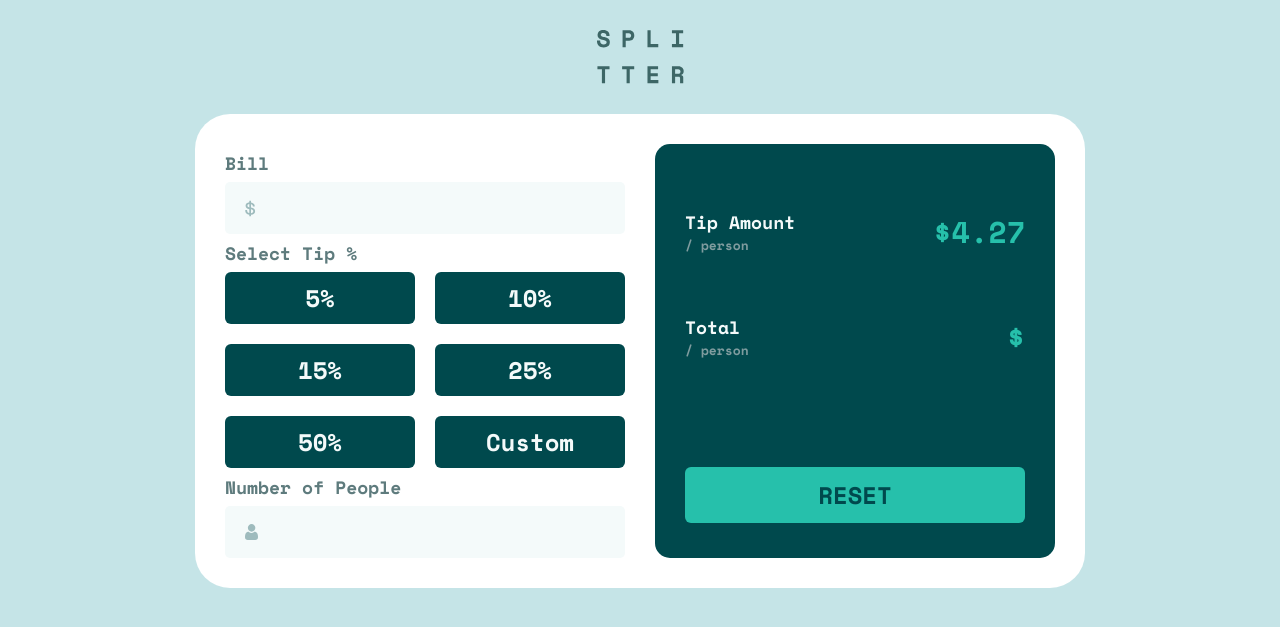
Repository: tomas938/tipcalculator
Page: /
These files come from the project's save history. The page is drawn as it stood at one moment and after the next save; the edit follows.
The browser window is 1280 px wide. The pictures show the whole page.
The project was rebuilt for these pictures with package versions that can differ from the ones it lists, and the page was loaded fresh each time.

Above is the page before, as saved 2021-08-04 13:12:43.

### public/index.html
<!DOCTYPE html>
<html lang="">
	<head>
		<meta charset="utf-8" />
		<meta http-equiv="X-UA-Compatible" content="IE=edge" />
		<meta name="viewport" content="width=device-width,initial-scale=1.0" />
		<link rel="icon" href="<%= BASE_URL %>favicon.ico" />
		<link
			href="https://fonts.googleapis.com/icon?family=Material+Icons"
			rel="stylesheet"
		/>
		<title><%= htmlWebpackPlugin.options.title %></title>
	</head>
	<body>
		<noscript>
			<strong
				>We're sorry but <%= htmlWebpackPlugin.options.title %> doesn't work
				properly without JavaScript enabled. Please enable it to
				continue.</strong
			>
		</noscript>
		<div id="app"></div>
		<!-- built files will be auto injected -->
	</body>
</html>

### src/App.vue
<template>
	<router-view />
</template>

<style lang="scss">
@import url("https://fonts.googleapis.com/css2?family=Space+Mono:wght@400;700&display=swap");
$strong-cyan: hsl(172, 67%, 45%);
$dark-cyan: hsl(186, 14%, 43%);
$grayish-cyan: hsl(184, 14%, 43%);
$lower-grayish-cyan: hsl(184, 14%, 56%);
$light-grayish-cyan: hsl(185, 41%, 84%);
$lighter-grayish-cyan: hsl(189, 41%, 97%);
$white: hsl(0, 0%, 100%);
* {
	margin: 0;
	padding: 0;
	box-sizing: border-box;
	font-family: "Space Mono", monospace;
	font-size: 2.4rem;
}
body {
	background-color: hsl(185, 41%, 84%);
}
html {
	font-size: 62.5%;
	@media only screen and (min-width: 1800px) {
		font-size: 82.5%;
	}
	@media only screen and (max-width: 1000px) {
		font-size: 52.5%;
	}
	@media only screen and (max-width: 350px) {
		font-size: 32.5%;
	}
}
</style>

### src/views/Home.vue
<template>
	<div class="logo">
		<splitter></splitter>
	</div>
</template>

<script>
import Splitter from "../components/Splitter.vue";
export default {
	name: "Home",
	components: {
		Splitter,
	},
};
</script>
<style lang="scss" scoped></style>

### src/components/Splitter.vue
<template>
	<div class="splitter">
		<svg xmlns="http://www.w3.org/2000/svg" width="87" height="54">
			<path
				fill="#3D6666"
				d="M6.72 17.472c.944 0 1.792-.12 2.544-.36s1.392-.584 1.92-1.032a4.476 4.476 0 001.212-1.62c.28-.632.42-1.34.42-2.124v-.288c0-1.472-.464-2.584-1.392-3.336-.928-.752-2.272-1.288-4.032-1.608a14.615 14.615 0 01-1.74-.408c-.456-.144-.824-.308-1.104-.492-.28-.184-.476-.392-.588-.624a1.771 1.771 0 01-.168-.78c0-.56.232-1.004.696-1.332.464-.328 1.096-.492 1.896-.492.944 0 1.676.248 2.196.744.52.496.78 1.08.78 1.752v.576h3.168v-.864a5 5 0 00-.396-1.968 4.762 4.762 0 00-1.176-1.656C10.436 1.08 9.792.7 9.024.42 8.256.14 7.376 0 6.384 0c-.88 0-1.676.12-2.388.36s-1.32.576-1.824 1.008c-.504.432-.896.94-1.176 1.524-.28.584-.42 1.22-.42 1.908v.144c0 .832.144 1.536.432 2.112a3.978 3.978 0 001.212 1.44c.52.384 1.132.692 1.836.924.704.232 1.48.42 2.328.564.64.112 1.168.248 1.584.408.416.16.744.34.984.54s.408.424.504.672c.096.248.144.508.144.78 0 .576-.232 1.072-.696 1.488-.464.416-1.176.624-2.136.624-1.232 0-2.14-.3-2.724-.9-.584-.6-.876-1.404-.876-2.412v-.576H0v.72c0 .88.144 1.692.432 2.436a5.47 5.47 0 001.272 1.944c.56.552 1.26.984 2.1 1.296.84.312 1.812.468 2.916.468zm22-.336V10.8h3.408c.864 0 1.616-.144 2.256-.432a4.707 4.707 0 001.596-1.14 4.833 4.833 0 00.96-1.608c.216-.6.324-1.212.324-1.836v-.576c0-.608-.108-1.204-.324-1.788a4.625 4.625 0 00-.96-1.56A4.737 4.737 0 0034.384.756c-.64-.28-1.392-.42-2.256-.42h-6.576v16.8h3.168zm3.096-9.36H28.72V3.36h3.096c.704 0 1.26.192 1.668.576.408.384.612.88.612 1.488v.288c0 .608-.204 1.104-.612 1.488-.408.384-.964.576-1.668.576zm29.464 9.36v-3.024h-7.632V.336H50.48v16.8h10.8zm24.88 0v-3.024h-4.032V3.36h4.032V.336H74.928V3.36h4.032v10.752h-4.032v3.024H86.16zm-78.096 36V39.36h4.464v-3.024H.432v3.024h4.464v13.776h3.168zm24.688 0V39.36h4.464v-3.024H25.12v3.024h4.464v13.776h3.168zm28.624 0v-3.024h-7.728v-3.888H60.8V43.2h-7.152v-3.84h7.44v-3.024H50.48v16.8h10.896zm16.744 0V46.8h3.648c.464 0 .796.12.996.36.2.24.3.552.3.936v5.04h3.168v-5.808c0-.56-.164-1.024-.492-1.392-.328-.368-.772-.584-1.332-.648v-.432c.768-.32 1.336-.78 1.704-1.38a3.63 3.63 0 00.552-1.932v-.576c0-.64-.116-1.24-.348-1.8a4.332 4.332 0 00-1.008-1.476c-.44-.424-.988-.756-1.644-.996-.656-.24-1.416-.36-2.28-.36h-6.432v16.8h3.168zm3.024-9.36H78.12V39.36h3.024c.768 0 1.352.204 1.752.612.4.408.6.892.6 1.452v.288c0 .656-.2 1.164-.6 1.524-.4.36-.984.54-1.752.54z"
			/>
		</svg>
		<div class="calculator">
			<div class="up">
				<h3>Bill</h3>
				<div class="input-wrapper">
					<input type="text" v-model="bill" />
					<svg xmlns="http://www.w3.org/2000/svg" width="11" height="17">
						<path
							fill="#9EBBBD"
							d="M6.016 16.328v-1.464c1.232-.08 2.22-.444 2.964-1.092.744-.648 1.116-1.508 1.116-2.58v-.144c0-.992-.348-1.772-1.044-2.34-.696-.568-1.708-.932-3.036-1.092V4.184c.56.144 1.012.4 1.356.768.344.368.516.816.516 1.344v.288h1.824v-.432c0-.448-.088-.876-.264-1.284a3.783 3.783 0 00-.744-1.116A4.251 4.251 0 007.54 2.9a5.324 5.324 0 00-1.524-.492V.872H4.288V2.36a5.532 5.532 0 00-1.416.324c-.448.168-.84.392-1.176.672-.336.28-.604.616-.804 1.008-.2.392-.3.844-.3 1.356v.144c0 .96.316 1.708.948 2.244.632.536 1.548.884 2.748 1.044v3.912c-.704-.16-1.248-.472-1.632-.936-.384-.464-.576-1.08-.576-1.848v-.288H.256v.576c0 .464.08.924.24 1.38.16.456.404.88.732 1.272.328.392.744.728 1.248 1.008s1.108.476 1.812.588v1.512h1.728zM4.288 7.424c-.688-.128-1.164-.332-1.428-.612-.264-.28-.396-.644-.396-1.092 0-.464.176-.832.528-1.104.352-.272.784-.448 1.296-.528v3.336zm1.728 5.712V9.344c.768.128 1.328.328 1.68.6.352.272.528.688.528 1.248 0 .544-.196.984-.588 1.32-.392.336-.932.544-1.62.624z"
						/>
					</svg>
				</div>
				<h3>Select Tip %</h3>
				<div class="calculator__grid">
					<div class="calculator__grid__item item-1"><p>5%</p></div>
					<div class="calculator__grid__item item-2"><p>10%</p></div>
					<div class="calculator__grid__item item-3"><p>15%</p></div>
					<div class="calculator__grid__item item-4"><p>25%</p></div>
					<div class="calculator__grid__item item-5"><p>50%</p></div>
					<div class="calculator__grid__item item-6"><p>Custom</p></div>
				</div>
				<h3>Number of People</h3>
				<div class="input-wrapper">
					<input type="text" v-model="numberOfPeople" />
					<svg xmlns="http://www.w3.org/2000/svg" width="13" height="16">
						<path
							fill="#9EBBBD"
							d="M9.573 7.729c.406 0 .784.07 1.126.209.342.14.639.33.881.569.232.227.438.503.614.82a5.1 5.1 0 01.407.949c.097.312.178.654.242 1.016.062.359.105.699.126 1.011.02.307.031.624.031.945 0 .836-.259 1.512-.768 2.01-.504.492-1.17.742-1.98.742H2.748c-.81 0-1.477-.25-1.98-.742C.259 14.76 0 14.084 0 13.248c0-.322.01-.64.032-.945.02-.312.063-.652.126-1.01.063-.363.144-.705.242-1.017.1-.323.238-.643.407-.948.176-.318.382-.594.613-.821.243-.238.54-.43.882-.57.342-.138.72-.208 1.125-.208.16 0 .313.067.61.265.183.123.397.264.636.421.204.134.48.259.822.372.333.11.671.167 1.005.167a3.19 3.19 0 001.006-.167c.341-.113.618-.238.822-.372l.636-.42c.296-.2.45-.266.61-.266zM6.598 0C7.63 0 8.522.38 9.252 1.129s1.1 1.666 1.1 2.724c0 1.06-.37 1.976-1.1 2.725-.73.75-1.623 1.13-2.654 1.13-1.03 0-1.924-.38-2.653-1.13-.73-.749-1.1-1.666-1.1-2.725 0-1.058.37-1.975 1.1-2.724C4.675.379 5.567 0 6.598 0z"
						/>
					</svg>
				</div>
			</div>
			<div class="down">
				<div class="calculator__result">
					<div class="result">
						<div class="information">
							<p>Tip Amount</p>
							<span>/ person</span>
						</div>
						<div class="price">
							<p>$4.27</p>
						</div>
					</div>
					<div class="result">
						<div class="information">
							<p>Total</p>
							<span>/ person</span>
						</div>
						<div class="price">
							<p>${{ bill }}</p>
						</div>
					</div>
					<div class="result"></div>
					<button>Reset</button>
				</div>
			</div>
		</div>
	</div>
</template>

<script>
export default {
	data() {
		return {
			numberOfPeople: null,
			bill: null,
			tip: null,
		};
	},
	methods: {
		// totalValue() {},
	},
};
</script>

<style lang="scss" scoped>
.splitter {
	display: flex;
	flex-direction: column;
	align-items: center;
}
.calculator {
	background-color: hsl(0, 0%, 100%);
	padding: 3rem;
	border-radius: 3.5rem;
	@media only screen and (min-width: 760px) {
		display: flex;
		grid-gap: 3rem;
	}
	&__grid {
		display: grid;
		grid-gap: 2rem;
		grid-template-columns: repeat(2, 1fr);
		grid-template-rows: repeat(3, 1fr);
		color: hsl(189, 41%, 97%);
		font-weight: 700;
		text-align: center;
		cursor: pointer;
	}
	&__grid__item {
		width: 100%;
		margin: auto;
		padding: 8px 0;
		border-radius: 6px;
		background-color: hsl(183, 100%, 15%);
		&:hover {
			transition: all 0.3s ease-in-out;
			background-color: hsl(172, 67%, 45%);
			color: hsl(183, 100%, 15%);
		}
	}
	.down {
		background-color: hsl(183, 100%, 15%);
		border-radius: 1.5rem;
	}
	&__result {
		display: flex;
		flex-direction: column;
		justify-content: space-between;
		height: 100%;
		margin-top: 2.5rem;
		padding: 3rem;
		font-weight: 700;
		.result {
			display: flex;
			justify-content: space-between;
			padding: 10px 0;
			p {
				font-size: 1.8rem;
				color: hsl(189, 41%, 97%);
			}
			span {
				font-size: 1.3rem;
				color: hsl(184, 14%, 56%);
			}
		}
		.information {
			display: flex;
			flex-direction: column;
		}
		.price {
			p {
				color: hsl(172, 67%, 45%);
				font-size: 3rem;
			}
		}
		button {
			border-radius: 6px;
			padding: 1rem 0;
			font-weight: 700;
			color: hsl(183, 100%, 15%);
			text-transform: uppercase;
			background-color: hsl(172, 67%, 45%);
			cursor: pointer;
			outline: none;
			border: none;
			@media only screen and (min-width: 760px) {
				margin-bottom: 3rem;
			}
		}
		button:hover,
		button:active {
			transition: 0.3s ease-in-out;
			background-color: hsl(185, 41%, 84%);
		}
	}
}
svg {
	margin: 3rem 0;
}
input {
	border-radius: 5px;
	border: 2px solid transparent;
	outline: none;
	background-color: hsl(189, 41%, 97%);
	color: hsl(183, 100%, 15%);
	font-weight: 700;
	text-align: right;
	padding: 0.6rem 0;
	padding-right: 1.5rem;
	width: 100%;
	&:focus,
	&:active {
		border: 2px solid hsl(172, 67%, 45%);
	}
	&::placeholder {
		color: hsl(184, 14%, 56%);
	}
}
h3 {
	margin: 6px 0;
	font-size: 1.8rem;
	color: hsl(184, 14%, 43%);
	font-weight: 700;
}
.input-wrapper {
	position: relative;
	display: flex;
	align-items: center;

	svg {
		width: 2rem;
		@media only screen and (max-width: 350px) {
			width: 3rem;
		}
		margin: 0;
		position: absolute;
		left: 5%;
	}
}
.down {
	@media only screen and (min-width: 760px) {
		width: 40rem;
	}
}
.up {
	@media only screen and (min-width: 760px) {
		width: 40rem;
	}
}
</style>

Loaded but not shown: src/main.js (common file); src/router/index.js (common file)

After the next save:
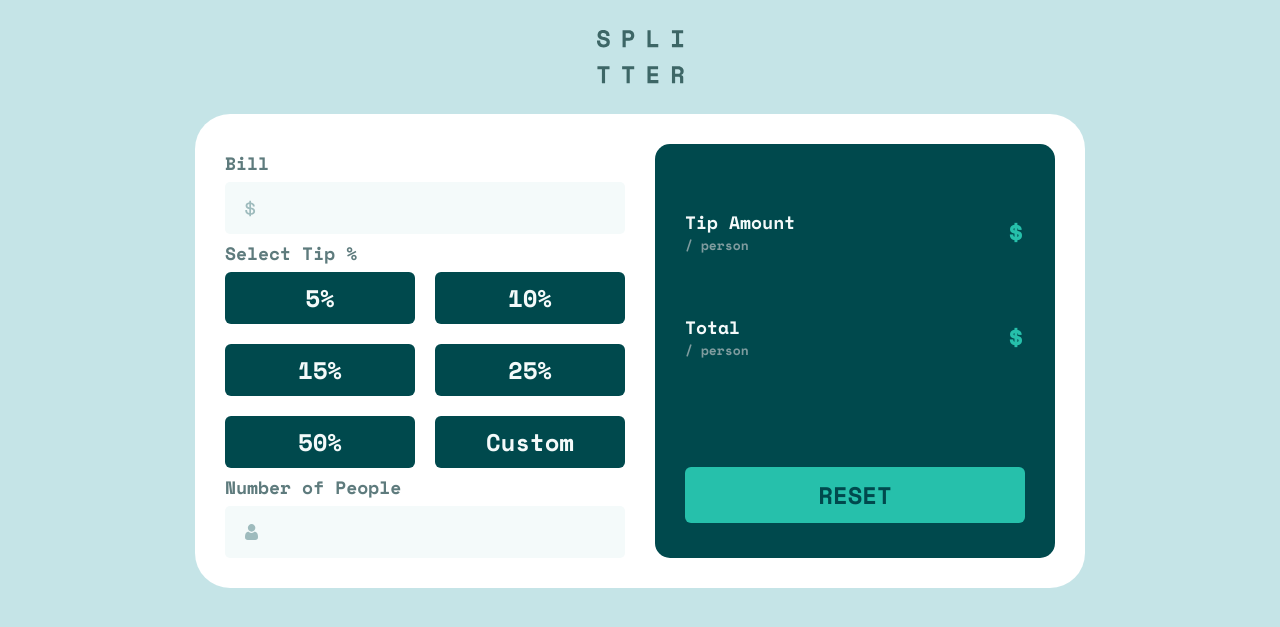
Saved 12 s later.
--- a/src/components/Splitter.vue
+++ b/src/components/Splitter.vue
@@ -46,7 +46,7 @@
 							<span>/ person</span>
 						</div>
 						<div class="price">
-							<p>$4.27</p>
+							<p>${{ tip }}</p>
 						</div>
 					</div>
 					<div class="result">
